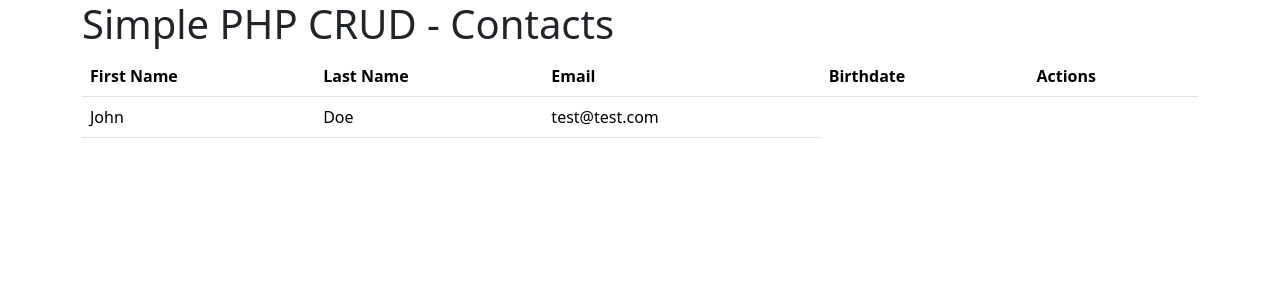
Repository: mennaabdelelhady/PHP-CRUD
Page: http://localhost/
An editor plug-in stored every save of this project. The page is shown before and after the next save, followed by the edit.
The browser window is 1280 px wide. The pictures show the whole page.
The page is run by PHP 8.4 with error messages shown; the project is at /var/www/html/.

Above is the page before, as saved 2024-12-30 01:45:13.

After the next save:
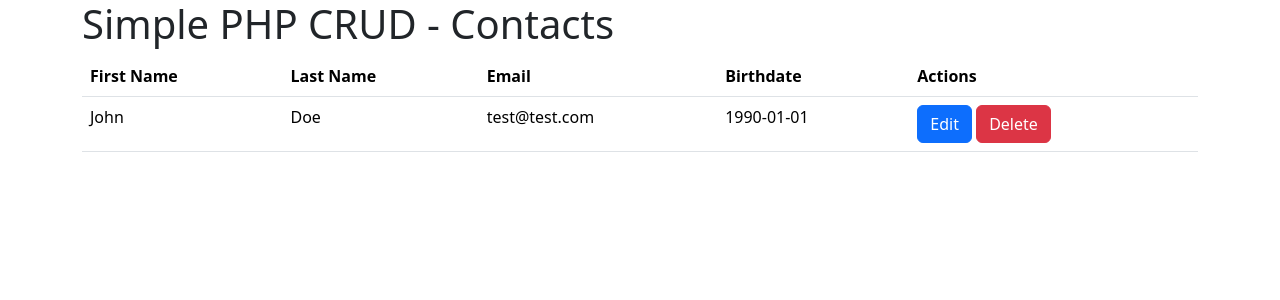
Saved 22 min 32 s later.
--- a/public/index.php
+++ b/public/index.php
@@ -29,6 +29,11 @@ $title ="Simple PHP CRUD - Contacts";
                 <td>John</td>
                 <td>Doe</td>
                 <td>test@test.com</td>
+                <td>1990-01-01</td>
+                <td>
+                    <a href="#" class="btn btn-primary">Edit</a>
+                    <a href="#" class="btn btn-danger">Delete</a>
+                </td>
         </tbody>
     </table>
 </body>
